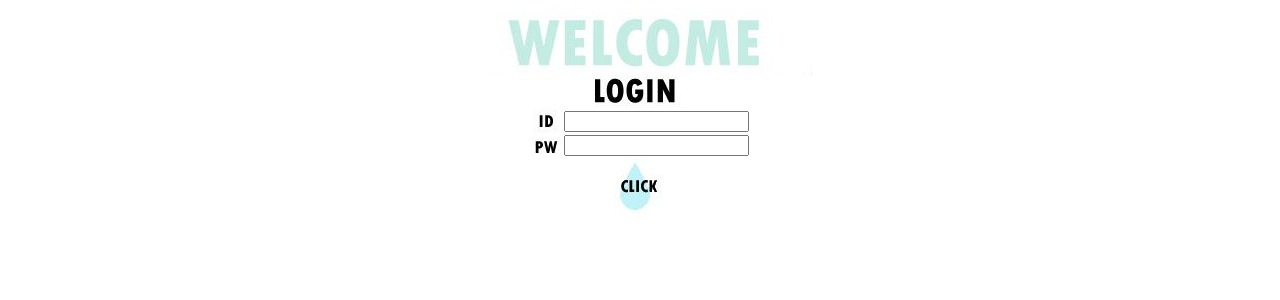
Repository: kminjoo/Making-website-using-JSP
Page: http://localhost/website_project/SessionMemberLogin.jsp
The author's editor kept a copy of each file at every save. The page is drawn from the files as they stood at one save, then again after the next save.
The browser window is 1280 px wide. The pictures show the whole page.
The page is served by Tomcat 9. Other server files are loaded and not shown.

Above is the page before, as saved 2015-07-21 14:03:38.

### website_project/WebContent/SessionMemberLogin.jsp
<%@ page language="java" contentType="text/html; charset=EUC-KR"
    pageEncoding="EUC-KR"%>
<%
	String memberId = (String)session.getAttribute("memID");
	if(memberId != null){
%>
<script>
	alert("You are already logged in.");
	location.href = "SessionLoginConfirm.jsp";
</script>
<%} %>
<!DOCTYPE html PUBLIC "-//W3C//DTD HTML 4.01 Transitional//EN" "http://www.w3.org/TR/html4/loose.dtd">
<html>
<head>
<meta http-equiv="Content-Type" content="text/html; charset=EUC-KR">
<title>Welcome to Minjoo's Website!</title>
<link href="style.css" rel="stylesheet" type="text/css">
<script language="JavaScript" src="script.js"> </script>
</head>
<body>
<div align = "center">
	<img src="<%= request.getContextPath() %>/images/welcome.JPG"/>
</div>
<div align = "center">
	<img src = "<%= request.getContextPath() %>/images/login.JPG"/>
</div>
<form name="loginform" method="post" action="SessionMemberLoginOK.jsp">
<table align="center">

<tr>
	<td><div align="center"><img src = "<%= request.getContextPath() %>/images/id.JPG"/></div></td>
	<td><div align="center"><input type="text" name="memberid"></div></td>
</tr>
<tr>
	<td><div align="center"><img src = "<%= request.getContextPath() %>/images/pw.JPG"/></div></td>
	<td><div align="center"><input type="password" name="memberpw"></div></td>
</tr>
<tr>
	<td colspan="2"><div align="center">
		<input type="image" src="<%= request.getContextPath() %>/images/click.JPG" onClick = "submit()">
		</div></td>
</tr>

</table>
</form>
</body>
</html>

### website_project/WebContent/style.css
@CHARSET "EUC-KR";

hr {
    display: block;
    margin-top: 0.5em;
    margin-bottom: 0.5em;
    margin-left: auto;
    margin-right: auto;
    border-style: inset;
    border-width: 1px;
}

table {
    display: table;
    border-collapse: collpase;
    border-spacing: 0px;
    border-color: #EFEFEF;
}

### website_project/WebContent/script.js
/**
 *
 */


function loginCheck(){
	if(document.login.mem_id.value==""){
		alert("Enter your ID.");
		document.login.mem_id.focus();
		return;
	}
	if(document.login.mem_passwd.value==""){
		alert("Enter your password.");
		document.login.mem_passwd.focus();
		return;
	}
	document.login.submit();

}

function memberReg(){
	location.href ="Register.jsp";
}
function idCheck(id){
	if(id == ""){
	alert("Enter your ID.");
	document.regForm.mem_id.focus();
	}else{
		url="IdCheck.jsp?mem_id=" + id;
		window.open(url,"post","width=300,height=150");
	}
}

function inputCheck(){
	if(document.regForm.mem_id.value==""){
		alert("Enter your ID.");
		document.regForm.mem_id.focus();
		return;
	}
	if(document.regForm.mem_password.value==""){
		alert("Enter your Password.");
		document.regForm.mem_password.focus();
		return;
	}
	if(document.regForm.mem_repasswd.value==""){
		alert("Enter your Password.");
		document.regForm.mem_repasswd.focus();
		return;
	}

	if(document.regForm.mem_password.value != document.regForm.mem_repasswd.value){
		alert("Passwords do not match.");
		document.regForm.mem_passwd.focus();
		return;
	}

	if(document.regForm.mem_firstname.value==""){
		alert("Enter your first name.");
		document.regForm.mem_firstname.focus();
		return;
	}
	if(document.regForm.mem_lastname.value==""){
		alert("Enter your last name.");
		document.regForm.mem_lastname.focus();
		return;
	}
	if(document.regForm.mem_email.value==""){
		alert("Enter your email address.");
		document.regForm.mem_email.focus();
		return;
	}
	if(document.regForm.mem_phone1.value==""){
		alert("Enter your phone number.");
		document.regForm.mem_phone1.focus();
		return;
	}
	if(document.regForm.mem_phone2.value==""){
		alert("Enter your phone number.");
		document.regForm.mem_phone2.focus();
		return;
	}
	if(document.regForm.mem_phone3.value==""){
		alert("Enter your phone number.");
		document.regForm.mem_phone3.focus();
		return;
	}

	var str = document.regForm.mem_email.value;
	var atPos = str.indexOf('@');
	var atLastPos = str.lastIndexOf('@');
	var dotPos = str.indexOf('.');
	var spacePos = str.indexOf(' ');
	var commaPos = str.indexOf(',');
	var emailSize = str.length;

	if(atPos>1 && atPos == atLastPos && dotPos > 3 && spacePos == -1 &&
			commaPos == -1 && atPos + 1 < dotPos && dotPos + 1 < emailSize );
	else{
		alert("This e-mail address is incorrectly formatted. \n\r Please try again.");
		document.regForm.mem_email.focus();
		return;
	}

	document.regForm.submit();
}

function inputCheck2(){
	if(document.regForm.mem_id.value==""){
		alert("Enter your ID.");
		document.regForm.mem_id.focus();
		return;
	}
	if(document.regForm.mem_password.value==""){
		alert("Enter your Password.");
		document.regForm.mem_password.focus();
		return;
	}

	if(document.regForm.mem_firstname.value==""){
		alert("Enter your first name.");
		document.regForm.mem_firstname.focus();
		return;
	}
	if(document.regForm.mem_lastname.value==""){
		alert("Enter your last name.");
		document.regForm.mem_lastname.focus();
		return;
	}
	if(document.regForm.mem_email.value==""){
		alert("Enter your email address.");
		document.regForm.mem_email.focus();
		return;
	}
	if(document.regForm.mem_phone1.value==""){
		alert("Enter your phone number.");
		document.regForm.mem_phone1.focus();
		return;
	}
	if(document.regForm.mem_phone2.value==""){
		alert("Enter your phone number.");
		document.regForm.mem_phone2.focus();
		return;
	}
	if(document.regForm.mem_phone3.value==""){
		alert("Enter your phone number.");
		document.regForm.mem_phone3.focus();
		return;
	}

	var str = document.regForm.mem_email.value;
	var atPos = str.indexOf('@');
	var atLastPos = str.lastIndexOf('@');
	var dotPos = str.indexOf('.');
	var spacePos = str.indexOf(' ');
	var commaPos = str.indexOf(',');
	var emailSize = str.length;

	if(atPos>1 && atPos == atLastPos && dotPos > 3 && spacePos == -1 &&
			commaPos == -1 && atPos + 1 < dotPos && dotPos + 1 < emailSize );
	else{
		alert("This e-mail address is incorrectly formatted. \n\r Please try again.");
		document.regForm.mem_email.focus();
		return;
	}

	document.regForm.submit();
}

function win_close()
{
	self.close();
}

function searchInputCheck(sform){
	if(sform.search.value==""){
	alert("Enter what you want to search");
	sform.search.focus();
	return false;
}
	sform.submit();
}

After the next save:
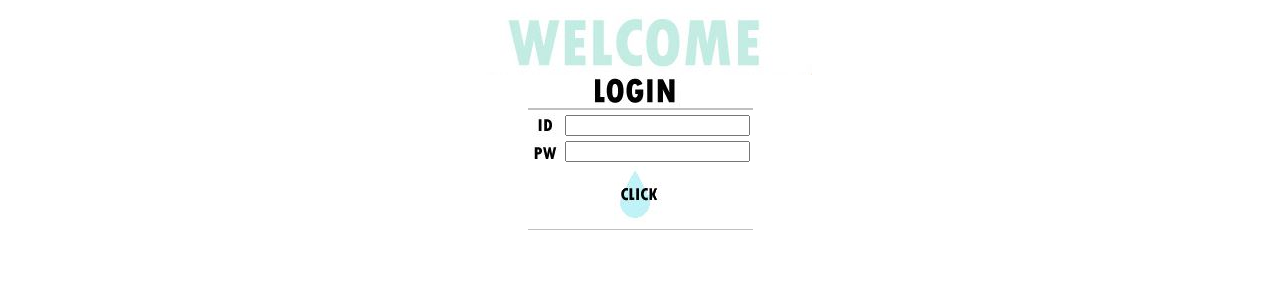
Saved 104 s later.
--- a/website_project/WebContent/style.css
+++ b/website_project/WebContent/style.css
@@ -10,9 +10,11 @@ hr {
     border-width: 1px;
 }
 
-table {
+/*table {
     display: table;
     border-collapse: collpase;
     border-spacing: 0px;
     border-color: #EFEFEF;
-}
+}*/
+
+table{table-layout:fixed;border-top:2px solid #c0c0c0;border-bottom:1px solid #c0c0c0;}
